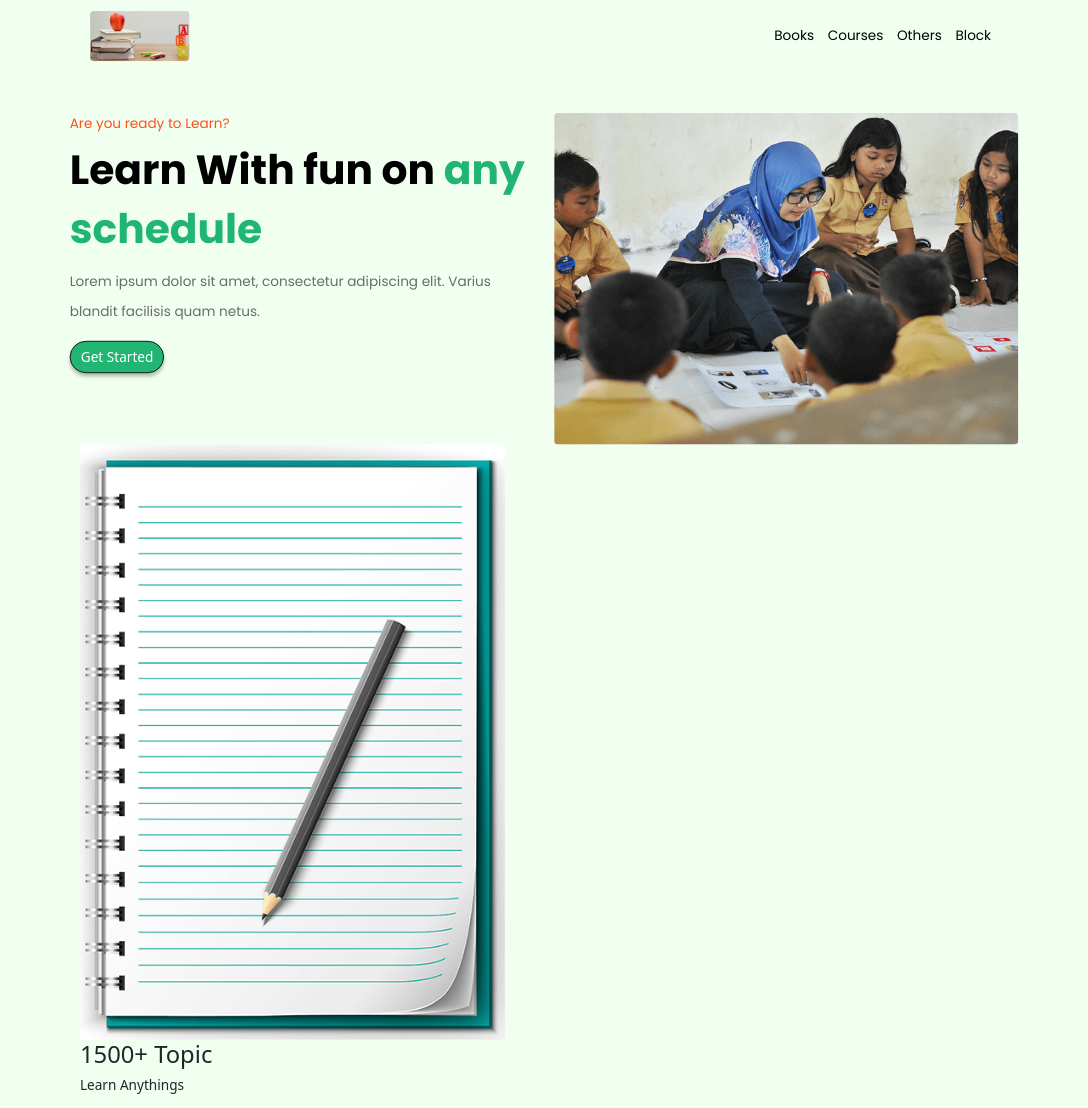
Repository: zjria/Figma-to-E-school
Page: index.html
These files come from the project's save history. The page is drawn as it stood at one moment and after the next save; the edit follows.
The browser window is 1280 px wide. The pictures show the whole page, at 85% of full size.
Some web libraries are served in a nearby version.

Above is the page before, as saved 2022-05-06 19:31:03.

### index.html
<!doctype html>
<html lang="en">
  <head>
    <!-- Required meta tags -->
    <meta charset="utf-8">
    <meta name="viewport" content="width=device-width, initial-scale=1">
    <title>E-School</title>

    <!-- Google Font family -->
    <link rel="preconnect" href="https://fonts.googleapis.com">
    <link rel="preconnect" href="https://fonts.gstatic.com" crossorigin>
    <link href="https://fonts.googleapis.com/css2?family=Poppins:wght@100;300;400;500;600;700;800;900&display=swap" rel="stylesheet">
    <!-- Bootstrap CSS -->
    <link href="https://cdn.jsdelivr.net/npm/bootstrap@5.0.2/dist/css/bootstrap.min.css" rel="stylesheet">
    <!-- Font awesome -->
    <link rel="stylesheet" href="https://cdnjs.cloudflare.com/ajax/libs/font-awesome/6.1.1/css/all.min.css">
    <!-- custom css -->
    <link rel="stylesheet" href="style.css">
  </head>
  <body>
    <section class="hero-section">
        <div class="container">
            <div class="row">
                <nav class="navbar navbar-expand-md navbar-light">
                    <div class="container-fluid">
                      <a class="navbar-brand" href="#"><img class="img-fluid rounded-3" src="images/logo.png" alt=""></a>
                      <button class="navbar-toggler" type="button" data-bs-toggle="collapse" data-bs-target="#navbarSupportedContent" aria-controls="navbarSupportedContent" aria-expanded="false" aria-label="Toggle navigation">
                        <span class="navbar-toggler-icon"></span>
                      </button>
                      <div class="collapse navbar-collapse" id="navbarSupportedContent">
                        <ul class="navbar-nav me-auto mb-2 mb-lg-0">
                          <li class="nav-item">
                            <a class="nav-link" href="#">Books</a>
                          </li>
                          <li class="nav-item">
                            <a class="nav-link" href="#">Courses</a>
                          </li>
                          <li class="nav-item">
                            <a class="nav-link" href="#">Others</a>
                          </li>
                          <li class="nav-item">
                            <a class="nav-link" href="#">Block</a>
                          </li>
                        </ul>

                      </div>
                    </div>
                  </nav>
            </div>
            <!-- Header Content Section -->
            <div class="row pt-5">
              <div class="col-md-6 hero-content">
                <h5>Are you ready to Learn?</h5>
                <h1>Learn With fun on <span>any schedule</span></h1>
                <p>Lorem ipsum dolor sit amet, consectetur adipiscing elit. Varius blandit facilisis quam netus.</p>
                <a href="" class="btn btn-custom">Get Started</a>
              </div>
              <div class="col-md-6">
                <img src="images/hero-img.png" class="img-fluid rounded-3" alt="">
              </div>
            </div>
            <!-- Feature -->
            <div class="feature">
              <div class="container">
                <div class="row">
                  <div class="col-md-3">
                    <div class="feature-content">
                      <img src="images/price-1.png" alt="">
                      <h3>1500+ Topic</h3>
                      <p>Learn Anythings</p>
                    </div>
                  </div>
                  <div class="col-md-3"></div>
                  <div class="col-md-3"></div>
                </div>
              </div>
            </div>
        </div>
    </section>










    <!-- Option 1: Bootstrap Bundle with Popper -->
    <script src="https://cdn.jsdelivr.net/npm/bootstrap@5.0.2/dist/js/bootstrap.bundle.min.js"></script>
  </body>
</html>

### style.css
/* font-family: 'Poppins', sans-serif; */
.hero-section{
    background: #F0FFF0;
    min-height: 100vh;
}
.navbar-light .navbar-nav .nav-link {
    color: rgb(0, 0, 0);
    font-family: 'Poppins', sans-serif;
    font-style: normal;
    font-weight: 400;
    font-size: 16px;
    line-height: 24px;
}
.navbar-light .navbar-nav .nav-link:hover {
    color: #C2B49D;
}
.navbar-brand img{
    width: 15%;
}
.hero-content h5 {
    font-family: 'Poppins';
    font-style: normal;
    font-weight: 400;
    font-size: 16px;
    line-height: 24px;
    color: #FD511A;
}
.hero-content h1 {
    font-family: 'Poppins';
    font-style: normal;
    font-weight: 700;
    font-size: 48px;
    line-height: 70px;
    color: #000000;
}
.hero-content h1 span{
    color: #21B573
}
.hero-content p {
    font-family: 'Poppins';
    font-style: normal;
    font-weight: 400;
    font-size: 16px;
    line-height: 36px;
    color: #6C6B6B;
}
.btn-custom{
    background: #21B573;
    border: 1px solid #000000;
    box-shadow: 0px 4px 4px rgba(0, 0, 0, 0.25);
    border-radius: 33px;
    color: #fff;
}

After the next save:
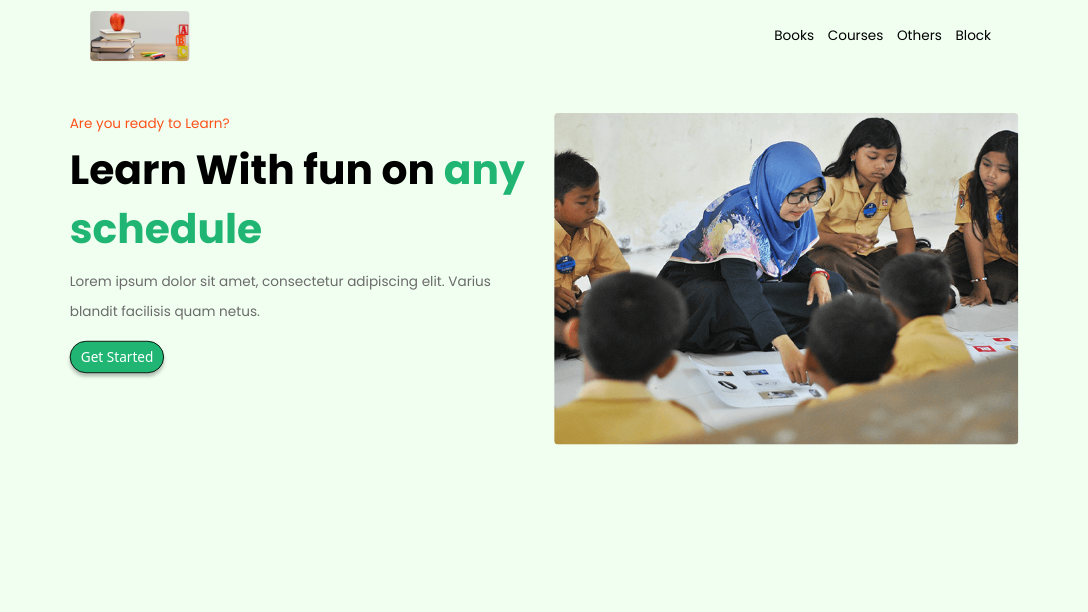
Saved 2 min 14 s later.
--- a/index.html
+++ b/index.html
@@ -59,22 +59,6 @@
                 <img src="images/hero-img.png" class="img-fluid rounded-3" alt="">
               </div>
             </div>
-            <!-- Feature -->
-            <div class="feature">
-              <div class="container">
-                <div class="row">
-                  <div class="col-md-3">
-                    <div class="feature-content">
-                      <img src="images/price-1.png" alt="">
-                      <h3>1500+ Topic</h3>
-                      <p>Learn Anythings</p>
-                    </div>
-                  </div>
-                  <div class="col-md-3"></div>
-                  <div class="col-md-3"></div>
-                </div>
-              </div>
-            </div>
         </div>
     </section>
 
